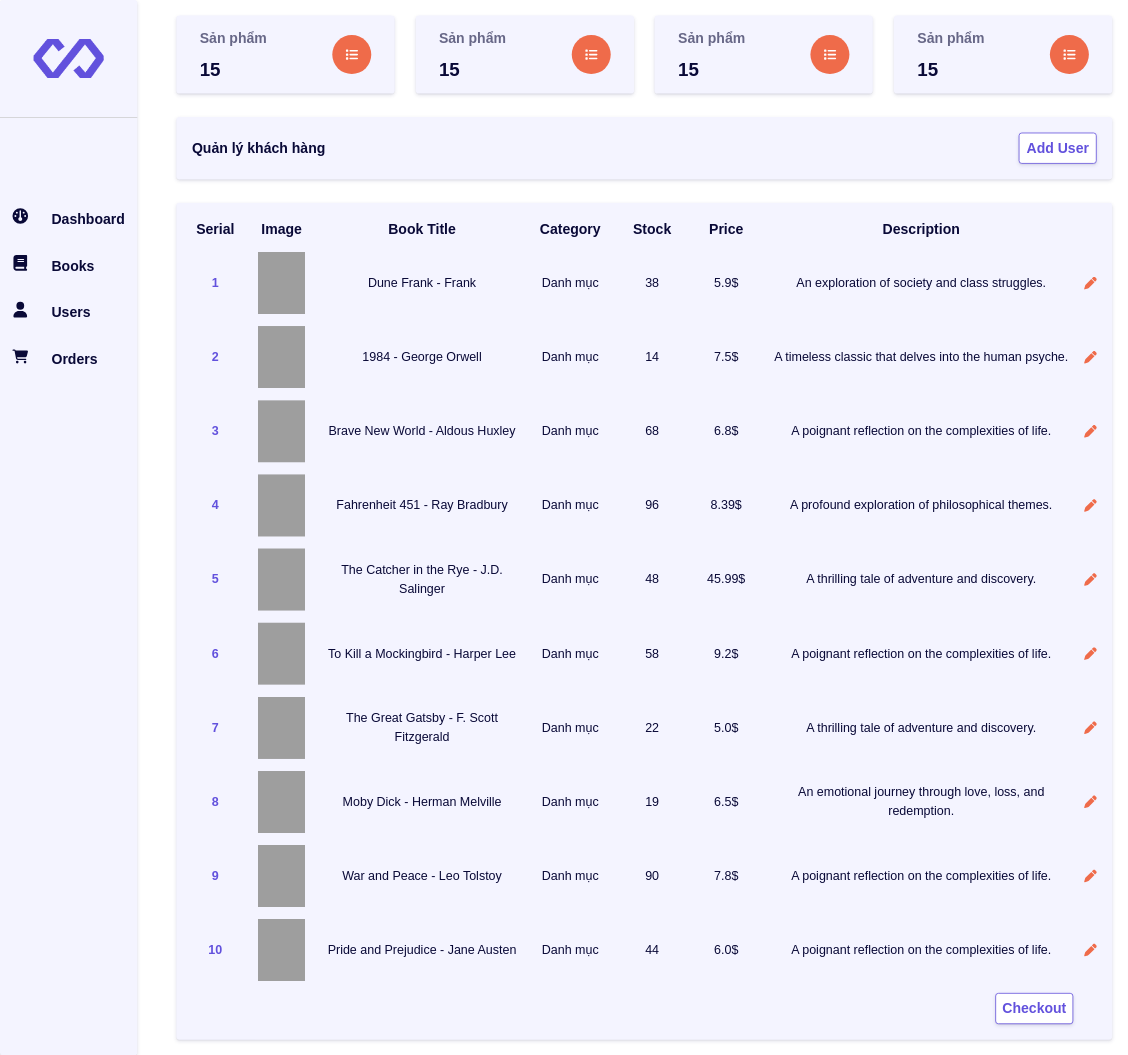
Repository: kauittt/BookStore_FE
Page: / (app in book-store/), after clicking the first element matching `svg.fa-pen`
The author's editor kept a copy of each file at every save. The page is drawn from the files as they stood at one save, then again after the next save.
The browser window is 1280 px wide. The page is 1446 px wide, then 1280 px, so the pictures cover 1446 px, including what lies to the right of the window. The pictures show the whole page, at 78% of full size.
Pictures or frames that could not be fetched are drawn as grey boxes. The project was rebuilt for these pictures with package versions that can differ from the ones it lists, and the page was loaded fresh each time. Also part of the build but not shown: book-store/vite.config.js, book-store/src/components/elements/FormInput.jsx, book-store/src/components/login-signup/Login.jsx, book-store/src/components/book/BookItem.jsx, book-store/src/components/book/BookList.jsx, book-store/src/components/elements/BackNavigation.jsx, book-store/src/components/book/BookDetail.jsx, book-store/src/components/cart/QuantitySelector.jsx and 4 more.

Above is the page before, as saved 2024-07-20 11:48:07.

### book-store/src/App.jsx
import Login from "./components/login-signup/Login";
import BookItem from "./components/book/BookItem";
import BookList from "./components/book/BookList";
import BookDetail from "./components/book/BookDetail";
import CartItem from "./components/cart/CartItem";
import Cart from "./components/cart/Cart";
import Checkout from "./components/checkout/Checkout";
import AdminNav from "./components/admin/AdminNav";
import ManageList from "./components/admin/ManageList";
import AdminPage from "./components/admin/AdminPage";
import Card from "./components/elements/Card";

const App = () => {
    //! Width - Height: 1536 - 703
    //! 270 - 255
    //! Width: 0.9
    //! Height: 0.585

    //* Semibold - Normal
    //* 3xl (Tiêu đề to) - lg (To hơn bình thường) - sm (Chú thích nhỏ) - Normal

    const data = [
        {
            image: "https://nhasachphuongnam.com/images/thumbnails/240/290/detailed/287/con-duong-hoi-giao-tb-2024.jpg",
            price: "5.9",
            name: "Dune Frank ",
            author: "Frank ",
        },
        {
            image: "https://i.pinimg.com/474x/57/70/55/5770553158ceac5870925fd79f9699eb.jpg",
            price: "7.5",
            name: "1984",
            author: "George Orwell",
        },
        {
            image: "https://listsach.com/wp-content/uploads/2020/05/bia-sach-dep-ngoi-nha-nghin-hanh-lang.jpg",
            price: "6.8",
            name: "Brave New World",
            author: "Aldous Huxley",
        },
        {
            image: "https://listsach.com/wp-content/uploads/2020/05/quyen-sach-co-bia-dep-khong-gia-dinh.jpg",
            price: "8.39",
            name: "Fahrenheit 451",
            author: "Ray Bradbury",
        },
        {
            image: "https://salt.tikicdn.com/cache/w1200/ts/product/03/ee/cc/9e91a112fb77049e9167f41ef62f832e.jpeg",
            price: "45.99",
            name: "The Catcher in the Rye",
            author: "J.D. Salinger",
        },
        {
            image: "https://intamphuc.vn/wp-content/uploads/2023/06/mau-bia-sach-dep-4.jpg",
            price: "9.2",
            name: "To Kill a Mockingbird",
            author: "Harper Lee",
        },
        {
            image: "https://vietart.co/blog/wp-content/uploads/2014/01/2_thiet_ke_bia_sach_dep_20.jpg",
            price: "5.0",
            name: "The Great Gatsby",
            author: "F. Scott Fitzgerald",
        },
        {
            image: "https://thegioidohoa.com/wp-content/uploads/2017/08/tong-hop-20-mau-bia-sach-doc-dao-nhat-nam-2017-7.jpg",
            price: "6.5",
            name: "Moby Dick",
            author: "Herman Melville",
        },
        {
            image: "https://encrypted-tbn0.gstatic.com/images?q=tbn:ANd9GcRVxy22da304ThgqLt9eKkHoYNLhIEgOL5vLCuA0X--bl323dKTKr0Q_H8tqkGQcfgcqA8&usqp=CAU",
            price: "7.8",
            name: "War and Peace",
            author: "Leo Tolstoy",
        },
        {
            image: "https://intamphuc.vn/wp-content/uploads/2023/06/mau-bia-sach-dep-2.jpg",
            price: "6.0",
            name: "Pride and Prejudice",
            author: "Jane Austen",
        },
    ];

    // Các mô tả mẫu để sử dụng
    const descriptions = [
        "A timeless classic that delves into the human psyche.",
        "An exploration of society and class struggles.",
        "A thrilling tale of adventure and discovery.",
        "A thought-provoking story that challenges conventional wisdom.",
        "A masterpiece of modern literature.",
        "A poignant reflection on the complexities of life.",
        "A gripping narrative that captivates the reader from start to finish.",
        "An emotional journey through love, loss, and redemption.",
        "A profound exploration of philosophical themes.",
        "An unforgettable story of courage and resilience.",
    ];

    // Hàm tạo số lượng ngẫu nhiên từ 1 đến 100
    function getRandomQuantity() {
        return Math.floor(Math.random() * 100) + 1;
    }

    // Hàm tạo mô tả ngẫu nhiên từ danh sách mô tả mẫu
    function getRandomDescription() {
        const index = Math.floor(Math.random() * descriptions.length);
        return descriptions[index];
    }

    // Tạo dữ liệu đa dạng cho mảng data
    const enhancedData = data.map((item) => ({
        ...item,
        quantity: getRandomQuantity(),
        description: getRandomDescription(),
    }));

    const detail = {
        image: "https://nhasachphuongnam.com/images/thumbnails/240/290/detailed/287/con-duong-hoi-giao-tb-2024.jpg",
        price: "5.9",
        name: "Dune",
        author: "Frank Herbert ",
        quantity: 10,
        description:
            "Contrary to popular belief, Lorem Ipsum is not simply random text. It has roots in a piece of classical Latin literature from 45 BC, making it over 2000 years old. Richard McClintock, a Latin professor at Hampden-Sydney College in Virginia, looked up one of the more obscure Latin words, consectetur, from a Lorem Ipsum passage, and going through the cites of the word in classical literature, discovered the undoubtable source. Lorem Ipsum comes from sections",
    };

    //! Sửa chổ quantity*price trong tính cart, checkout
    return (
        // container mx-auto
        <div className="text-text-normal  cursor-default select-none">
            {/* <Card name="Sản phẩm" quantity="15" icon={faList}></Card> */}

            <AdminPage books={enhancedData}></AdminPage>
            {/* <ManageList books={enhancedData}></ManageList> */}
            {/* <AdminNav></AdminNav> */}
            {/* <Checkout books={enhancedData}></Checkout> */}
            {/* <Cart books={enhancedData}></Cart> */}
            {/* <CartItem book={detail}></CartItem> */}
            {/* <BookDetail book={detail}></BookDetail> */}
            {/* <BookList title="Classic" books={data}></BookList> */}
            {/* <Login></Login> */}
        </div>
    );
};

export default App;

### book-store/src/index.css
@tailwind base;
@tailwind components;
@tailwind utilities;

.container {
    width: 100%;
}
@media (min-width: 640px) {
    .container {
        max-width: 640px;
    }
}
@media (min-width: 768px) {
    .container {
        max-width: 768px;
    }
    @media (min-width: 1024px) {
        .container {
            max-width: 1024px;
        }
    }
    @media (min-width: 1280px) {
        .container {
            max-width: 1280px;
        }
    }
    @media (min-width: 1400px) {
        .container,
        .container-lg,
        .container-md,
        .container-sm,
        .container-xl,
        .container-xxl {
            max-width: 1320px;
        }
    }
}

### book-store/src/components/admin/AdminNav.jsx
import PropTypes from "prop-types";
import { FontAwesomeIcon } from "@fortawesome/react-fontawesome";
import {
    faCartShopping,
    faUser,
    faBook,
    faGauge,
} from "@fortawesome/free-solid-svg-icons";

const AdminNav = () => {
    return (
        <div
            className="flex flex-col  gap-[100px]
            font-semibold text-lg  w-[260px]
            bg-bgr-main shadow-custom rounded"
        >
            <div
                className="w-full flex justify-center mt-[50px] pb-[50px]
            border-b border-border"
            >
                <img
                    src="./image/Logo.png"
                    alt="Logo"
                    className="w-[90px] h-[50px]  object-cover"
                />
            </div>

            <div>
                <div
                    className="p-[16px]
            transition-all duration-200 ease-in-out
            group hover:bg-bgr-white hover:shadow-custom rounded
            cursor-pointer"
                >
                    <p className="flex gap-[10px]">
                        <FontAwesomeIcon
                            className="mr-[20px] w-[20px] h-[20px]"
                            icon={faGauge}
                        />
                        Dashboard
                    </p>
                </div>
                <div
                    className="p-[16px]
            transition-all duration-200 ease-in-out
            group hover:bg-bgr-white hover:shadow-custom rounded
            cursor-pointer"
                >
                    <p className="flex gap-[10px]">
                        <FontAwesomeIcon
                            className="mr-[20px] w-[20px] h-[20px]"
                            icon={faBook}
                        />
                        Books
                    </p>
                </div>
                <div
                    className="p-[16px]
            transition-all duration-200 ease-in-out
            group hover:bg-bgr-white hover:shadow-custom rounded
            cursor-pointer"
                >
                    <p className="flex gap-[10px]">
                        <FontAwesomeIcon
                            className="mr-[20px]  w-[20px] h-[20px]"
                            icon={faUser}
                        />
                        Users
                    </p>
                </div>
                <div
                    className="p-[16px]
            transition-all duration-200 ease-in-out
            group hover:bg-bgr-white hover:shadow-custom rounded
            cursor-pointer"
                >
                    <p className="flex gap-[10px]">
                        <FontAwesomeIcon
                            className="mr-[20px] w-[20px] h-[20px]"
                            icon={faCartShopping}
                        />
                        Orders
                    </p>
                </div>
            </div>
        </div>
    );
};

AdminNav.propTypes = {
    book: PropTypes.object,
};
export default AdminNav;

### book-store/src/components/admin/ManageList.jsx
import React from "react";
import PropTypes from "prop-types";
import { FontAwesomeIcon } from "@fortawesome/react-fontawesome";
import {
    faCartShopping,
    faUser,
    faBook,
    faGauge,
} from "@fortawesome/free-solid-svg-icons";
import ManageItem from "./ManageItem";
import FormButton from "./../elements/FormButton";
const ManageList = (props) => {
    const category = [
        {
            group: "Order",
            fields: [
                { name: "Serial", width: "50px" },
                { name: "Customer Name", width: "150px" },
                { name: "Book Title", width: "150px" },
                { name: "Quantity", width: "100px" },
                { name: "Price", width: "100px" },
                { name: "Phone Number", width: "100px" },
                { name: "Address", flex: "1" }, // Use flex for flexible widths
            ],
        },
        {
            group: "Book",
            fields: [
                { name: "Serial", style: "w-[60px] text-center" },
                { name: "Image", style: "w-[80px] text-center" },
                { name: "Book Title", style: "w-[250px] text-center" },
                { name: "Category", style: "w-[100px] text-center" },
                { name: "Stock", style: "w-[80px] text-center" },
                { name: "Price", style: "w-[80px] text-center" },
                { name: "Description", style: "flex-1 text-center" },
            ],
        },
        {
            group: "User",
            fields: [
                { name: "Serial", width: "50px" },
                { name: "Username", width: "150px" },
                { name: "Name", width: "200px" },
                { name: "Role", width: "100px" },
                { name: "Email", width: "200px" },
                { name: "Phone Number", width: "150px" },
                { name: "Address", flex: "1" },
            ],
        },
    ];

    return (
        <div
            className="max-w-[1200px] w-[1200px] p-[20px] pr-[50px]
        flex flex-col gap-[15px] bg-bgr-main shadow-custom rounded"
        >
            {/*//* Category */}
            <div
                className="flex justify-between items-center gap-[15px]
            font-semibold text-lg"
            >
                {category[1].fields.map((field, index) => (
                    <p key={index} className={`${field.style} `}>
                        {field.name}
                    </p>
                ))}
            </div>

            {/*//* List Item */}
            <div className="flex flex-col gap-[15px]">
                {props.books.map((book, index) => (
                    <ManageItem
                        data={book}
                        category={category[1].fields}
                        key={index}
                        index={index}
                    ></ManageItem>
                ))}
            </div>

            <div className="flex justify-end">
                <FormButton name="Checkout"></FormButton>
            </div>
        </div>
    );
};
ManageList.propTypes = {
    books: PropTypes.array,
};
export default ManageList;

### book-store/src/components/admin/AdminPage.jsx
import React from "react";
import PropTypes from "prop-types";
import ManageList from "./ManageList";
import AdminNav from "./AdminNav";
import Card from "./../elements/Card";
import ManageTitle from "./ManageTitle";
import { FontAwesomeIcon } from "@fortawesome/react-fontawesome";
import {
    faCircleUser,
    faCartShopping,
    faHandHoldingDollar,
    faList,
} from "@fortawesome/free-solid-svg-icons";

const AdminPage = (props) => {
    return (
        <div
            className="flex gap-[30px] justify-between
        max-h-full
        "
        >
            <AdminNav></AdminNav>
            <div className="flex flex-col gap-[30px] p-[20px]">
                <div className="flex justify-between items-center ">
                    <Card name="Sản phẩm" quantity={15} icon={faList}></Card>
                    <Card name="Sản phẩm" quantity={15} icon={faList}></Card>
                    <Card name="Sản phẩm" quantity={15} icon={faList}></Card>
                    <Card name="Sản phẩm" quantity={15} icon={faList}></Card>
                </div>
                <ManageTitle
                    name="Quản lý khách hàng"
                    button="Add User"
                ></ManageTitle>
                <ManageList books={props.books}></ManageList>
            </div>
        </div>
    );
};

AdminPage.propTypes = {
    books: PropTypes.array,
};
export default AdminPage;

### book-store/src/components/elements/Card.jsx
import React from "react";
import PropTypes from "prop-types";
import { FontAwesomeIcon } from "@fortawesome/react-fontawesome";
import {
    faCircleUser,
    faCartShopping,
    faHandHoldingDollar,
    faList,
} from "@fortawesome/free-solid-svg-icons";
const Card = (props) => {
    return (
        <div
            className="flex items-center justify-between
            w-[280px] h-[100px] bg-bgr-main p-[30px]
        rounded shadow-custom"
        >
            <div className="flex flex-col gap-[10px]">
                <p className="text-lg text-text-light font-semibold">
                    {props.name}
                </p>
                <p className="text-2xl font-semibold">{props.quantity}</p>
            </div>
            <FontAwesomeIcon
                className="p-[17px] rounded-full
             bg-bgr-color text-text-white"
                icon={props.icon}
            />
            {/* <FontAwesomeIcon icon={faCartShopping} />
            <FontAwesomeIcon icon={faHandHoldingDollar} />
            <FontAwesomeIcon icon={faCircleUser} /> */}
        </div>
    );
};

Card.propTypes = {
    name: PropTypes.string,
    quantity: PropTypes.number,
    icon: PropTypes.object,
    color: PropTypes.string,
};
export default Card;

### book-store/src/components/elements/FormButton.jsx
import PropTypes from "prop-types";

const FormButton = ({
    name = "Button",
    main = true,
    type = "button",
    disabled = false,
    ...props
}) => {
    return (
        <button
            type={type}
            disabled={disabled}
            className={`m-w-[100px] w-[100px] m-h-[40px] h-[40px] leading-[40px]
            rounded text-lg font-semibold
            flex items-center justify-center
            cursor-pointer shadow-custom
            transition-all duration-200 ease-in-out
            bg-bgr-white
            ${main ? "bg-bgr-white" : "bg-bgr-white"}
            ${main ? "text-text-color" : "text-bgr-color"}
            ${
                main
                    ? "border border-text-color hover:bg-text-color hover:text-text-white"
                    : "border border-bgr-color hover:bg-bgr-color hover:text-text-white"
            }
            `}
            {...props}
        >
            {name}
        </button>
    );
};

FormButton.propTypes = {
    main: PropTypes.bool,
    name: PropTypes.string.isRequired,
    type: PropTypes.string,
    disabled: PropTypes.bool,
};

export default FormButton;

### book-store/src/components/admin/ManageItem.jsx
import PropTypes from "prop-types";
import { FontAwesomeIcon } from "@fortawesome/react-fontawesome";
import { faPen } from "@fortawesome/free-solid-svg-icons";

const ManageItem = (props) => {
    // STT | Tên khách | Tên sách | Số lượng | Giá     | Phone | Address
    // STT | Hình      | Tên sách | Danh mục | Tồn kho | Giá   | Mô tả
    // STT | Username  | Name     | Role     | Email   | Phone | Address

    const isImage = props.data.image ? true : false;
    // console.log(props.data);
    // console.log(props.category);

    return (
        <div
            className="flex justify-between  items-center
                gap-[15px] h-[80px] relative"
        >
            <p
                className={`${props.category[0].style} font-semibold text-text-color`}
            >
                {props.index + 1}
            </p>

            {isImage ? (
                <div
                    className={`${props.category[1].style} h-full
                flex items-center justify-center`}
                >
                    <img
                        className="w-[60px] h-full object-cover"
                        src={props.data.image}
                        alt="Image"
                    />
                </div>
            ) : (
                <p className={`${props.category[1].style} `}>Tăng Khải Minh</p>
            )}

            <p className={`${props.category[2].style} `}>
                {props.data.name + " - " + props.data.author}
            </p>

            <p className={`${props.category[3].style} `}>Danh mục</p>

            <p className={`${props.category[4].style} `}>
                {props.data.quantity}
            </p>

            <p className={`${props.category[5].style} `}>{props.data.price}$</p>

            <p className={`${props.category[6].style} relative`}>
                {props.data.description}
            </p>
            <FontAwesomeIcon
                className="absolute right-[-40px] p-[10px] rounded cursor-pointer
                text-bgr-color
                transition-all duration-200 ease-in-out
                hover:bg-bgr-color hover:text-text-white  "
                icon={faPen}
            />
        </div>
    );
};
ManageItem.propTypes = {
    data: PropTypes.object,
    category: PropTypes.array,
    index: PropTypes.number,
};
export default ManageItem;

### book-store/src/components/admin/ManageTitle.jsx
import React from "react";
import PropTypes from "prop-types";
import FormButton from "./../elements/FormButton";

const ManageTitle = (props) => {
    return (
        <div
            className="flex justify-between items-center
        h-[80px] bg-bgr-main p-[20px]
            rounded shadow-custom"
        >
            <p className="font-semibold text-lg">{props.name}</p>
            <FormButton name={props.button}></FormButton>
        </div>
    );
};

ManageTitle.propTypes = {
    name: PropTypes.string,
    button: PropTypes.string,
};

export default ManageTitle;

### book-store/tailwind.config.js
/** @type {import('tailwindcss').Config} */
export default {
    content: ["./index.html", "./src/**/*.{js,ts,jsx,tsx}"],
    theme: {
        colors: {
            //* Background
            "bgr-main": "#F4F4FF",
            "bgr-color": "#EF6B4A", // Màu cam
            "bgr-color-hover": "#C2371E", // Darker for hover
            "bgr-white": "#FFFFFF",

            //* Text
            "text-normal": "#090937",
            "text-color": "#6251DD", // Màu tím
            "text-color-hover": "#4937B8", // Darker for hover
            "text-light": "#676787",
            "text-white": "#FFFFFF",
            "text-error": "#e74c3c", // Màu đỏ
            "text-error-hover": "#c0392b", // Darker for hover

            //* Border
            border: "#cfcfcf",
        },
        extend: {
            fontFamily: {
                sans: ["Manrope", "sans-serif"],
            },
            boxShadow: {
                custom: "rgba(50, 50, 105, 0.15) 0px 2px 5px 0px, rgba(0, 0, 0, 0.05) 0px 1px 1px 0px",
            },
        },
    },
    plugins: [],
};

Loaded but not shown: book-store/index.html (common file); book-store/src/main.jsx (common file)

After the next save:
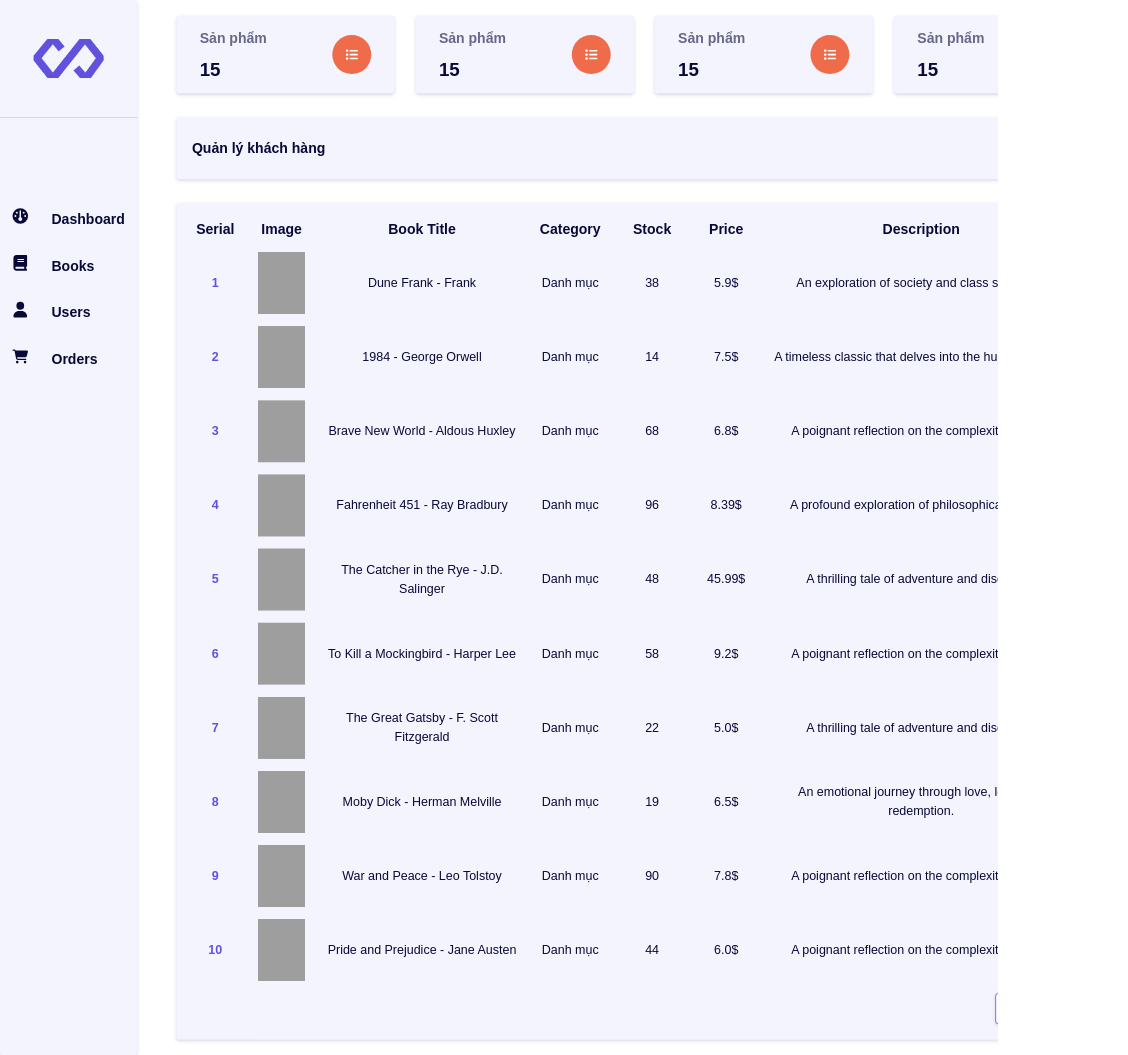
Saved 68 s later.
--- a/book-store/src/components/admin/AdminPage.jsx
+++ b/book-store/src/components/admin/AdminPage.jsx
@@ -16,7 +16,7 @@ const AdminPage = (props) => {
     return (
         <div
             className="flex gap-[30px] justify-between
-        max-h-full
+        max-h-full overflow-hidden
         "
         >
             <AdminNav></AdminNav>
